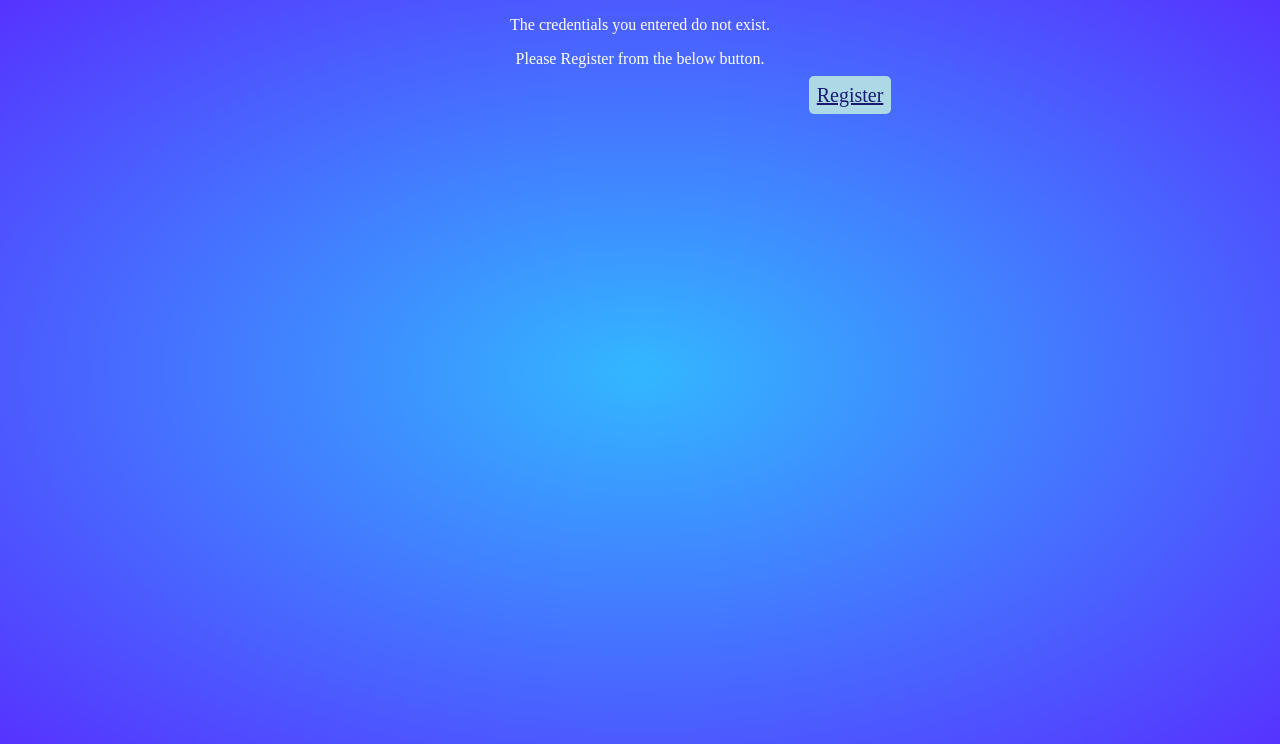
Repository: ShreyasG27/Amdocs-Training
Page: http://localhost/elearning-frontend/invalidlogin.jsp
An editor plug-in stored every save of this project. The page is shown before and after the next save, followed by the edit.
The browser window is 1280 px wide. The pictures show the whole page.
The page is served by Tomcat 9. Nobody is signed in. The application's start-up code is not run. Other server files are loaded and not shown.

Above is the page before, as saved 2021-08-22 15:22:25.

### elearning-frontend/WebContent/invalidlogin.jsp
<%@ page language="java" contentType="text/html; charset=ISO-8859-1"
    pageEncoding="ISO-8859-1"%>
<!DOCTYPE html PUBLIC "-//W3C//DTD HTML 4.01 Transitional//EN" "http://www.w3.org/TR/html4/loose.dtd">
<html>
<head>
<meta http-equiv="Content-Type" content="text/html; charset=ISO-8859-1">
<title>Invalid Login credentials</title>
<style>
body{
	background-image: radial-gradient(#33B7FF,#5633ff);
	color: white;
	height: 100vh;
}
.heading{
font-size:40px;
margin-top: 50px;
}
.submitbutton{
	margin-left:420px;
	padding:8px;
	font-size:20px;
	color: midnightblue;
	background-color:lightblue;
	border-radius:5px;
	margin-top: 20px;
}
.submitbutton:hover{
	margin-left:420px;
	padding:8px;
	font-size:20px;
	color: midnightblue;
	background-color:cyan;
	border-radius:5px;
	margin-top: 20px;
}
.inputfld{
	margin-left: 430px;
	padding: 5px;
	broder-radius:10px;
	font-size:12px;
	width:30%;
}
.inputfld1{
	margin-left: 438px;
	padding: 5px;
	broder-radius:10px;
	font-size:12px;
	width:30%;
}
.inputfld2{
	margin-left: 438px;
	padding: 5px;
	broder-radius:10px;
	font-size:12px;
	width:30%;
}
.txtfld{
	font-size:20px;
	margin-left:440px;
}
ul {
  list-style-type: none;
  margin: 0;
  padding: 0;
  overflow: hidden;
  background-color: #333;
}

li {
  float: left;
}

li a {
  display: block;
  color: white;
  text-align: center;
  padding: 14px 16px;
  text-decoration: none;
}

li a:hover:not(.active) {
  background-color: #111;
}

.active {
  background-color: #04AA6D;
}
</style>
</head>
<body>
<center><p>The credentials you entered do not exist.</p></center>
<center><p>Please Register from the below button.</p></center>

<center><a class="submitbutton" href="register.jsp">Register</a></center>
</body>
</html>

After the next save:
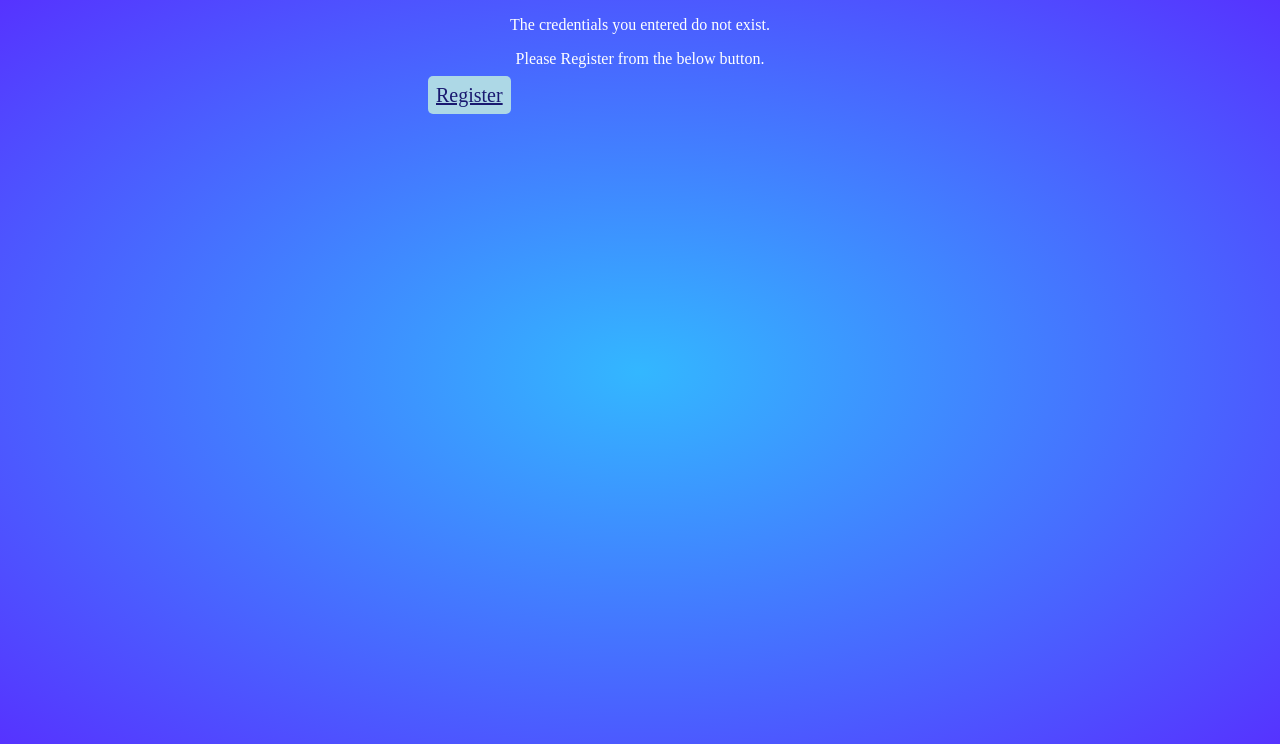
Saved 23 s later.
--- a/elearning-frontend/WebContent/invalidlogin.jsp
+++ b/elearning-frontend/WebContent/invalidlogin.jsp
@@ -91,6 +91,6 @@ li a:hover:not(.active) {
 <center><p>The credentials you entered do not exist.</p></center>
 <center><p>Please Register from the below button.</p></center>
 
-<center><a class="submitbutton" href="register.jsp">Register</a></center>
+<a class="submitbutton" href="register.jsp">Register</a>
 </body>
 </html>
